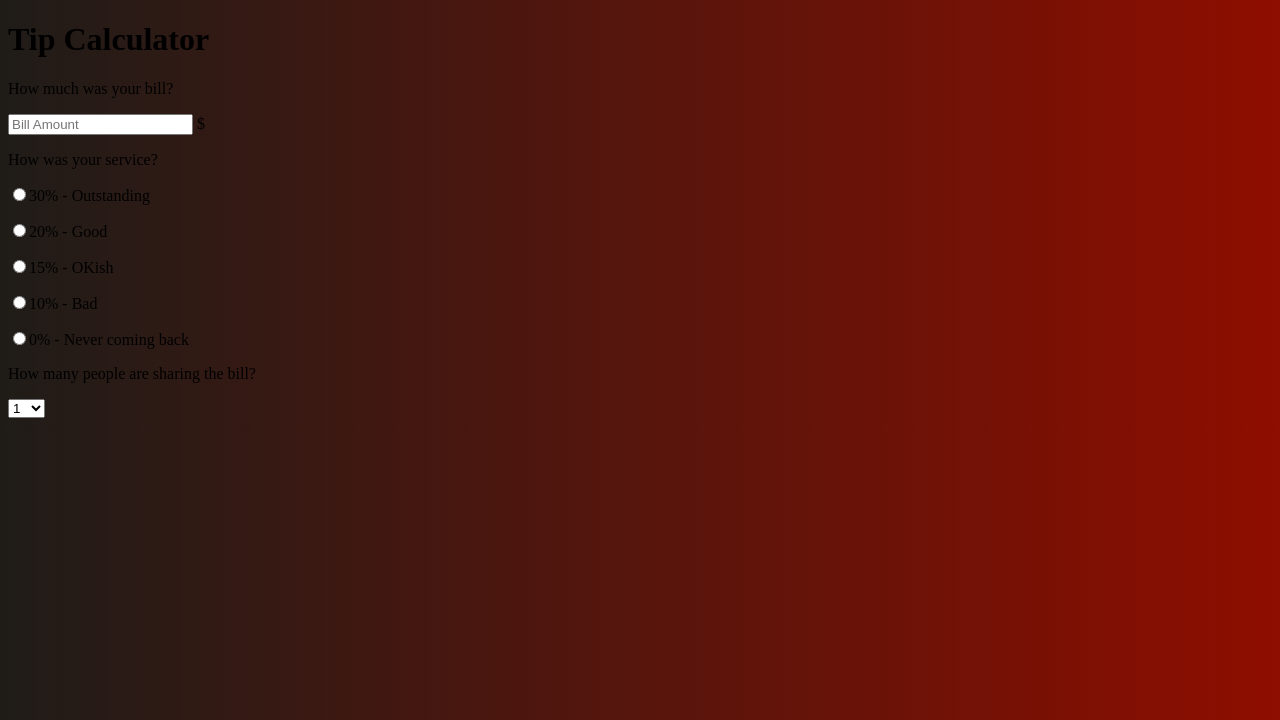
Repository: NiutaR/tip-calculator
Page: index.html
An editor plug-in stored every save of this project. The page is shown before and after the next save, followed by the edit.
The browser window is 1280 px wide. The pictures show the whole page.

Above is the page before, as saved 2021-07-24 17:05:49.

After the next save:
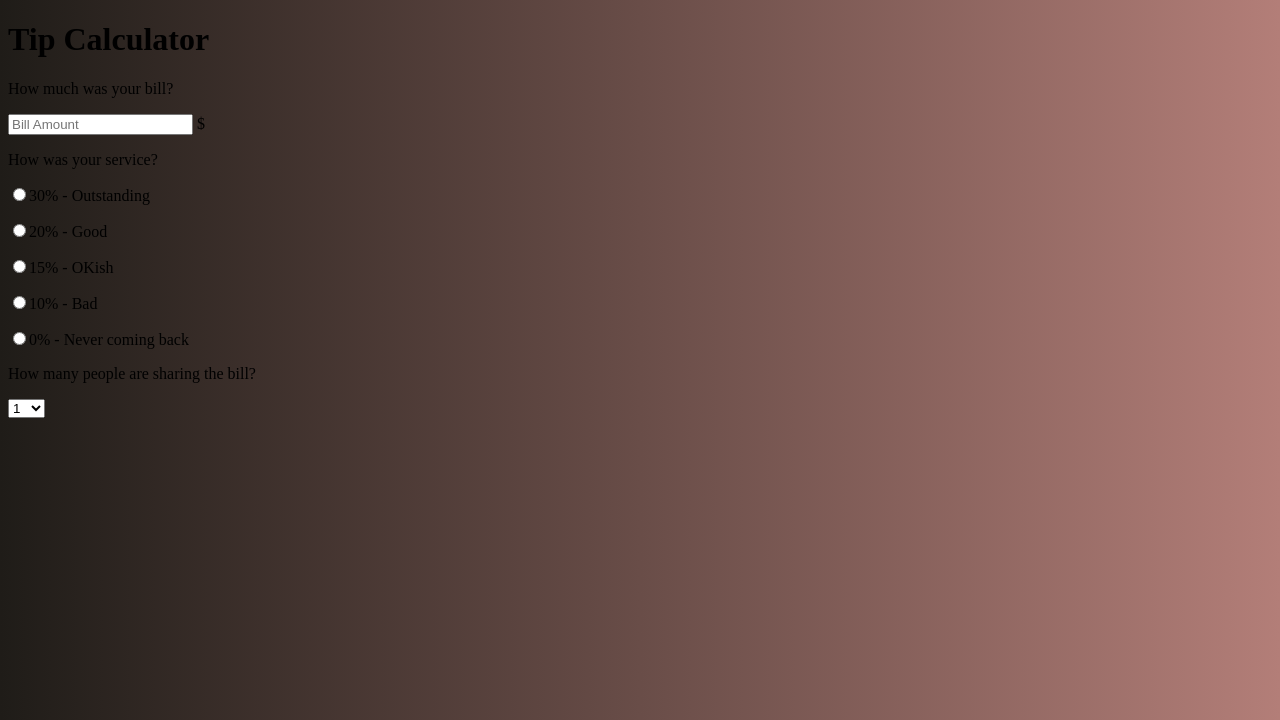
Saved 7 s later.
--- a/style.css
+++ b/style.css
@@ -2,7 +2,7 @@ body {
     background: coral;
     background: -webkit-linear-gradient(to left, #8d817f, #cecac5);
     /* Chrome 10-25, Safari 5.1-6 */
-    background: linear-gradient(to left, #8E0E00, #1F1C18);
+    background: linear-gradient(to left, #b37e78, #1F1C18);
 }
 #container {
 
